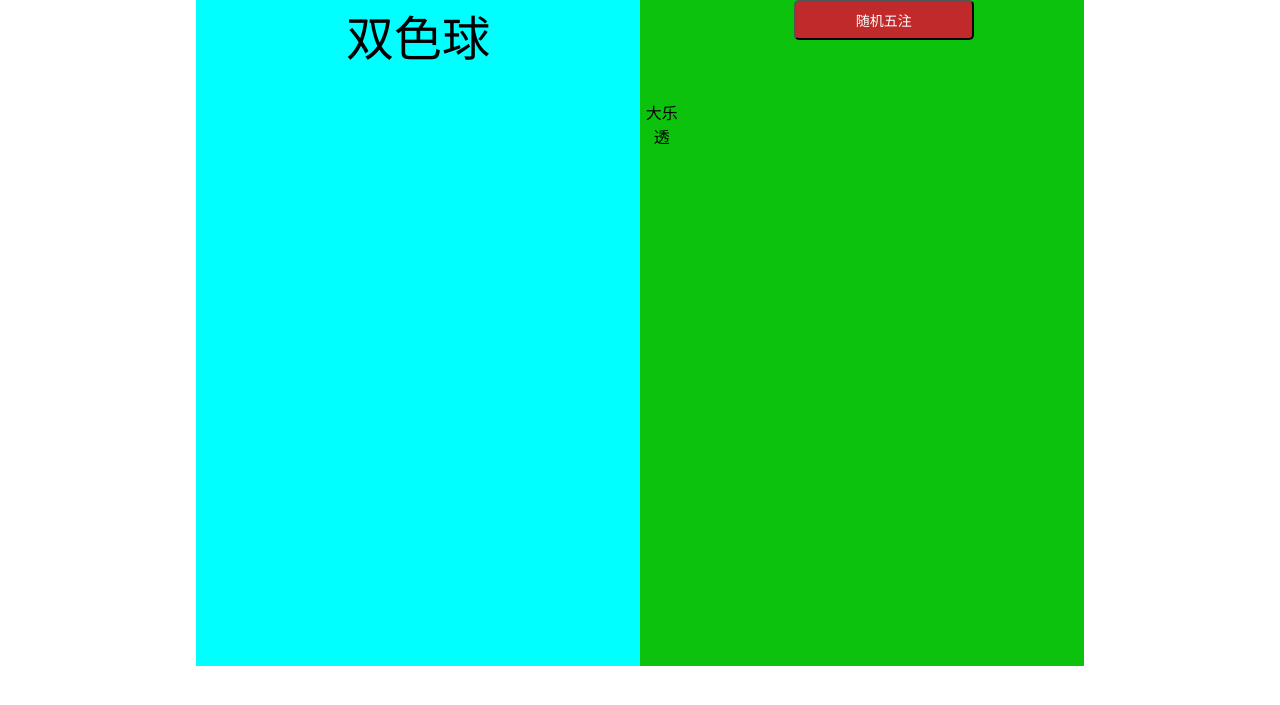
Repository: yz1181214391/caipiao-demo
Page: Cp.html
The author's editor kept a copy of each file at every save. The page is drawn from the files as they stood at one save, then again after the next save.
The browser window is 1280 px wide. The pictures show the whole page.

Above is the page before, as saved 2020-12-14 10:41:09.

After the next save:
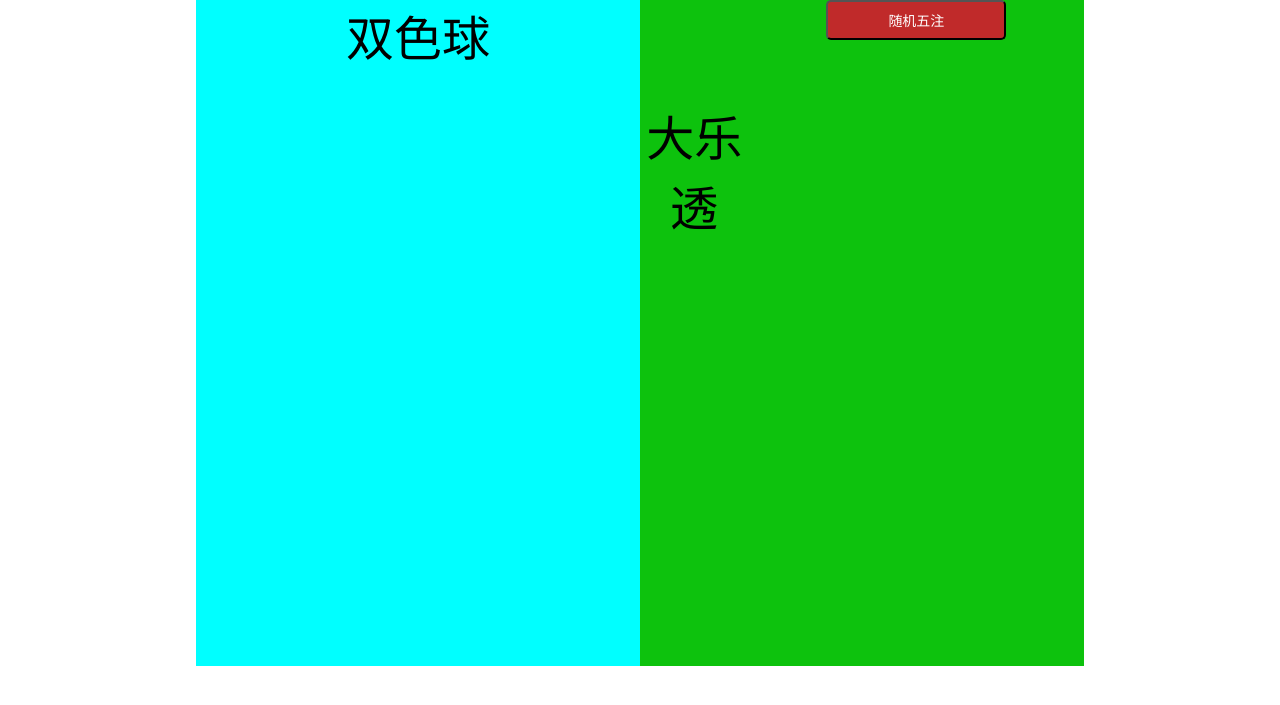
Saved 20 s later.
--- a/Cp.html
+++ b/Cp.html
@@ -94,9 +94,9 @@
             <h1 class="cp-font">双色球</h1>
         </div>
         <div class="dlt-box cp-flex">
-            <h1 class="cp-font"></h1>
+            <h1 ></h1>
             <div class="content">
-                <h3>大乐透</h3>
+                <h3 class="cp-font">大乐透</h3>
             </div>
             <div class="button">
                 <input type="button" value="随机五注" onclick="fiveNumStr()">
